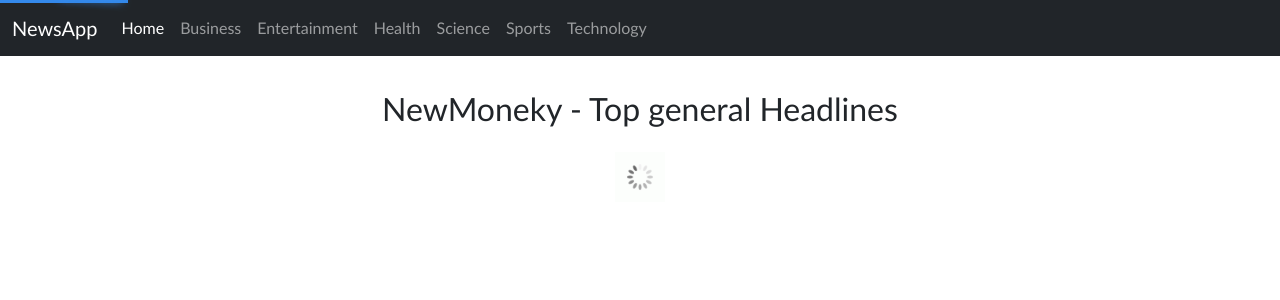
Repository: DipeshRaval/NewsApp-react
Page: /
These files come from the project's save history. The page is drawn as it stood at one moment and after the next save; the edit follows.
The browser window is 1280 px wide. The pictures show the whole page.
The page's requests for data from a server got no answer. The project was rebuilt for these pictures with package versions that can differ from the ones it lists, and the page was loaded fresh each time. No one was signed in, and anything a server would have sent is missing. Also part of the build but not shown: src/Components/NewsItem.js.

Above is the page before, as saved 2023-01-28 03:46:35.

After the next save:
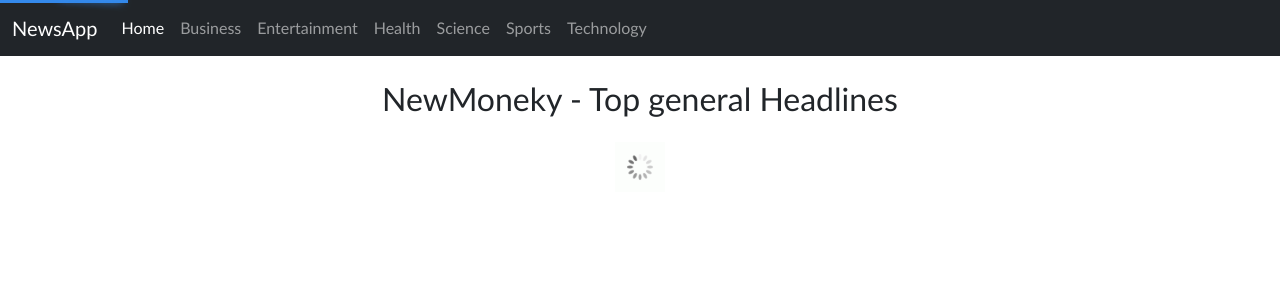
Saved 8 s later.
--- a/src/Components/News.js
+++ b/src/Components/News.js
@@ -74,7 +74,7 @@ export class News extends Component {
   render() {
     return (
       <>
-        <h2 className="text-center" style={{marginTop : "90px"}}>
+        <h2 className="text-center" style={{marginTop : "80px"}}>
           NewMoneky - Top {this.props.category} Headlines
         </h2>
 
